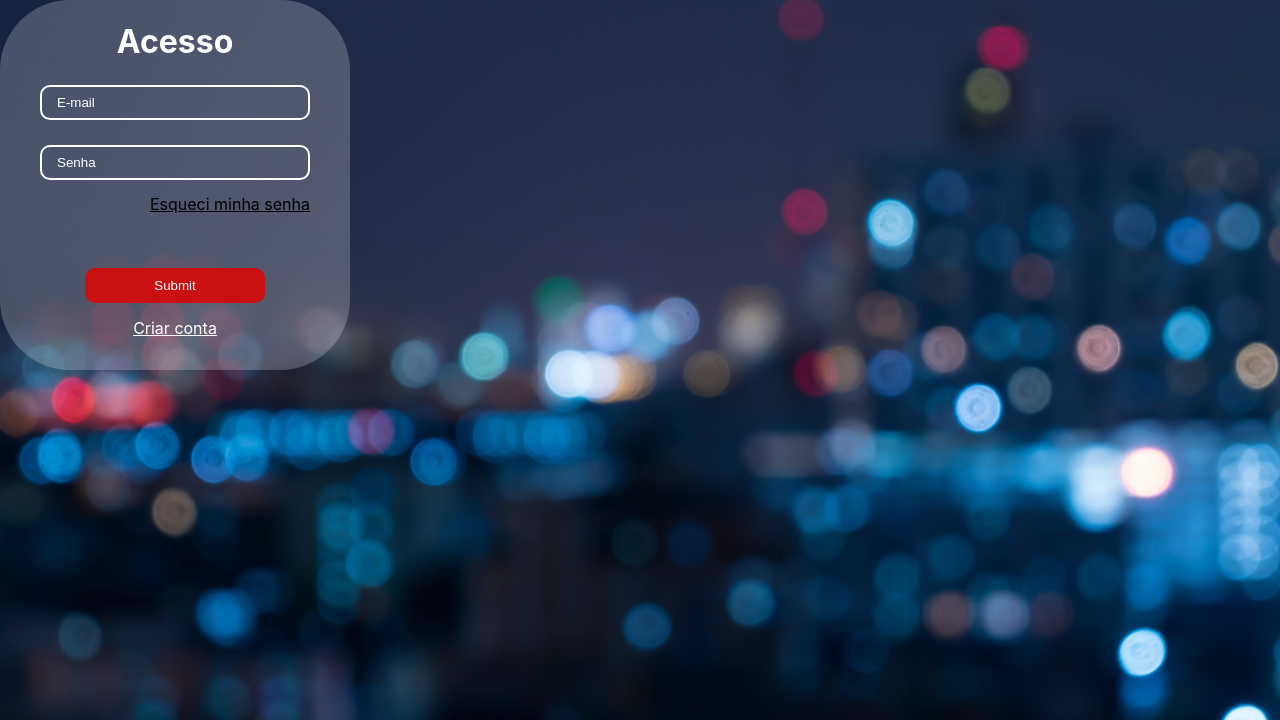
Repository: mateus-henrique-silva/Plataforma_videos_treinamento
Page: / (app in my-app/)
The author's editor kept a copy of each file at every save. The page is drawn from the files as they stood at one save, then again after the next save.
The browser window is 1280 px wide. The pictures show the whole page.
The project was rebuilt for these pictures with package versions that can differ from the ones it lists, and the page was loaded fresh each time.

Above is the page before, as saved 2022-08-16 09:04:54.

After the next save:
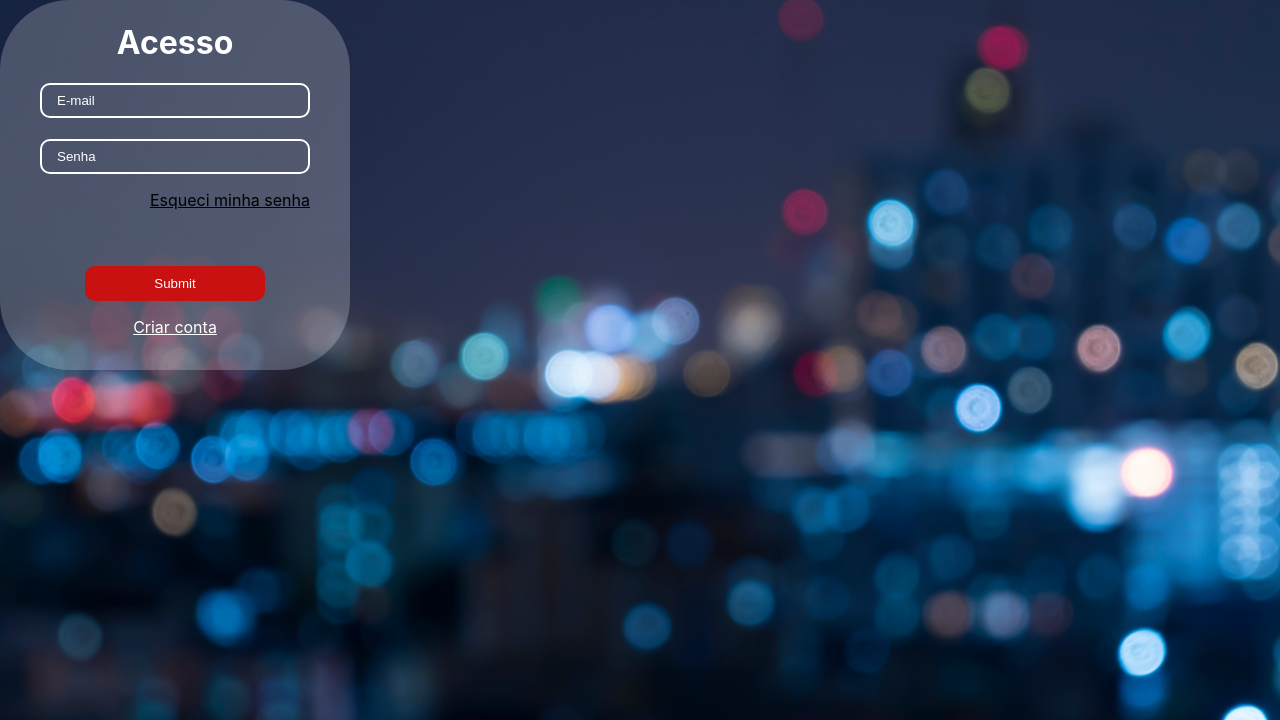
Saved 14 s later.
--- a/my-app/src/Components/formLogin/formLogin.css
+++ b/my-app/src/Components/formLogin/formLogin.css
@@ -13,7 +13,7 @@
   height: 35px;
   margin-bottom: 0;
   bottom: 0;
-  margin-top: -20px;
+  margin-top: -25px;
   box-sizing: border-box;
   border: 2px solid #ffffff;
   border-radius: 10px;
